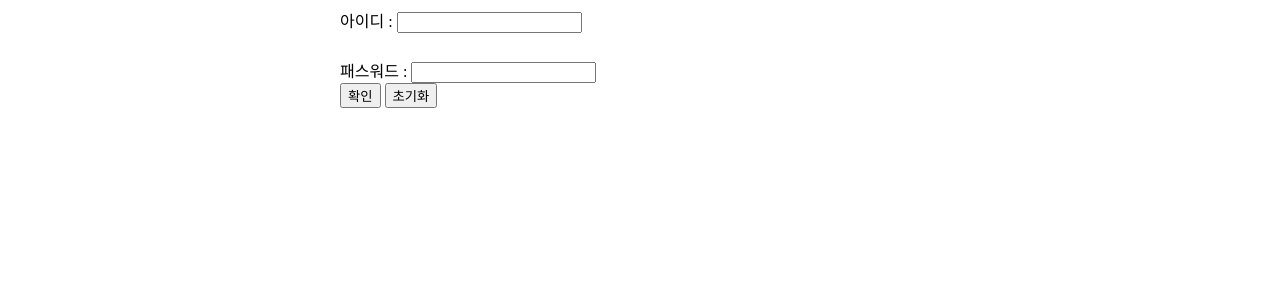
Repository: song-tata/jsp_servlet
Page: chap06/webContants/login.html
These files come from the project's save history. The page is drawn as it stood at one moment and after the next save; the edit follows.
The browser window is 1280 px wide. The pictures show the whole page.

Above is the page before, as saved 2023-05-17 06:32:16.

### chap06/webContants/login.html
<!DOCTYPE html>
<html>
<head>
<meta charset="EUC-KR">
<title>login page</title>
<style type="text/css">
.wrap {
	width: 600px;
	height: 200px;
	margin: auto;
}

.idwrap {
	width: 100%;
	height: 50px;
	margin: auto;
}
.idwrap>label{
	display: inline-block;
}
</style>
</head>
<body>
	<form action="post" class="wrap">
		<div class="idwrap">
			<label>아이디 : </label> <input type="text" id="id">
		</div>
		<div class="passwordwrap">
			<label>패스워드 : </label> <input type="text" id="password">
		</div>
		<div class="buttonwrap">
			<button type="submit">확인</button>
			<button type="reset">초기화</button>
		</div>
	</form>
</body>
</html>

After the next save:
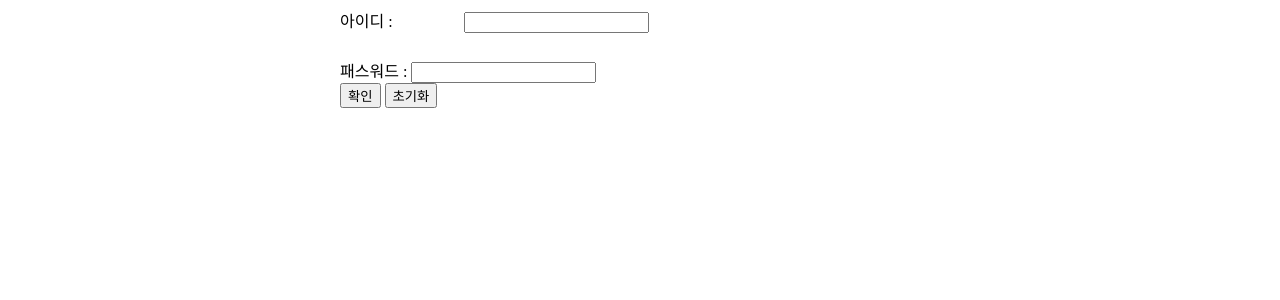
Saved 8 s later.
--- a/chap06/webContants/login.html
+++ b/chap06/webContants/login.html
@@ -17,6 +17,7 @@
 }
 .idwrap>label{
 	display: inline-block;
+	width: 20%
 }
 </style>
 </head>
